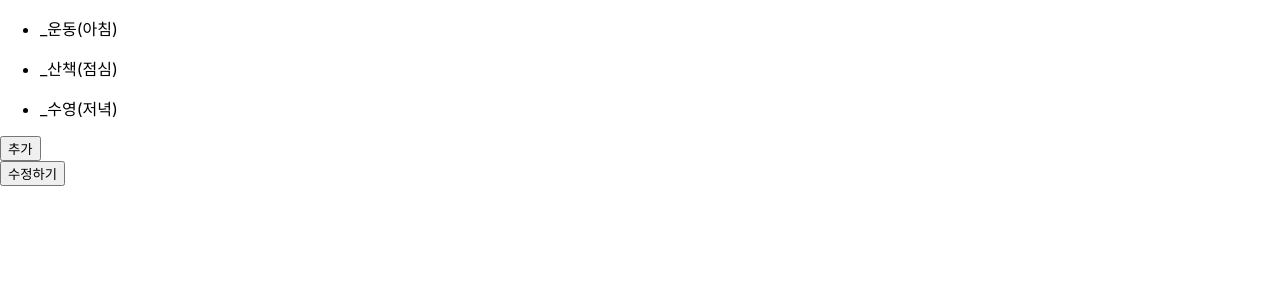
Repository: 0gunkim/REACT-TODO-PRAC
Page: / (app in todo/)
An editor plug-in stored every save of this project. The page is shown before and after the next save, followed by the edit.
The browser window is 1280 px wide. The pictures show the whole page.
The project was rebuilt for these pictures with package versions that can differ from the ones it lists, and the page was loaded fresh each time.

Above is the page before, as saved 2023-01-04 14:57:51.

After the next save:
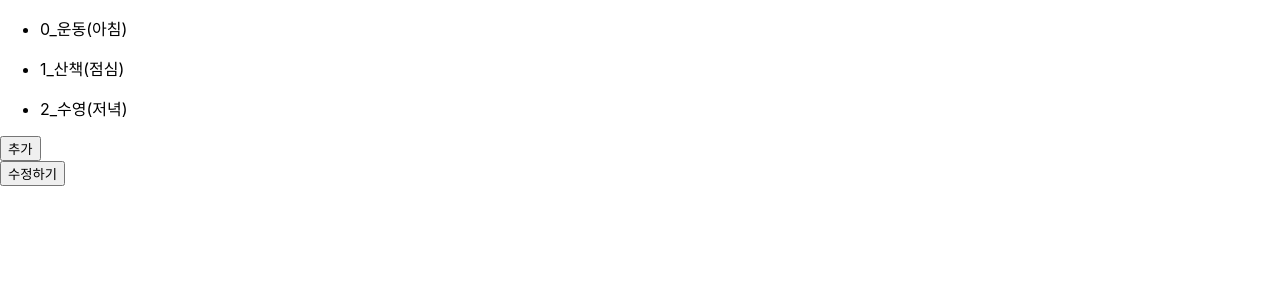
Saved 6 s later.
--- a/todo/src/pages/TodoList.jsx
+++ b/todo/src/pages/TodoList.jsx
@@ -13,7 +13,7 @@ export default function TodoList() {
                 return(
                 <div key={list.id}>
                     <ul>
-                        <li>{list.index}_{list.title}({list.time})</li>
+                        <li>{index}_{list.title}({list.time})</li>
                     </ul>
                 </div>
 
